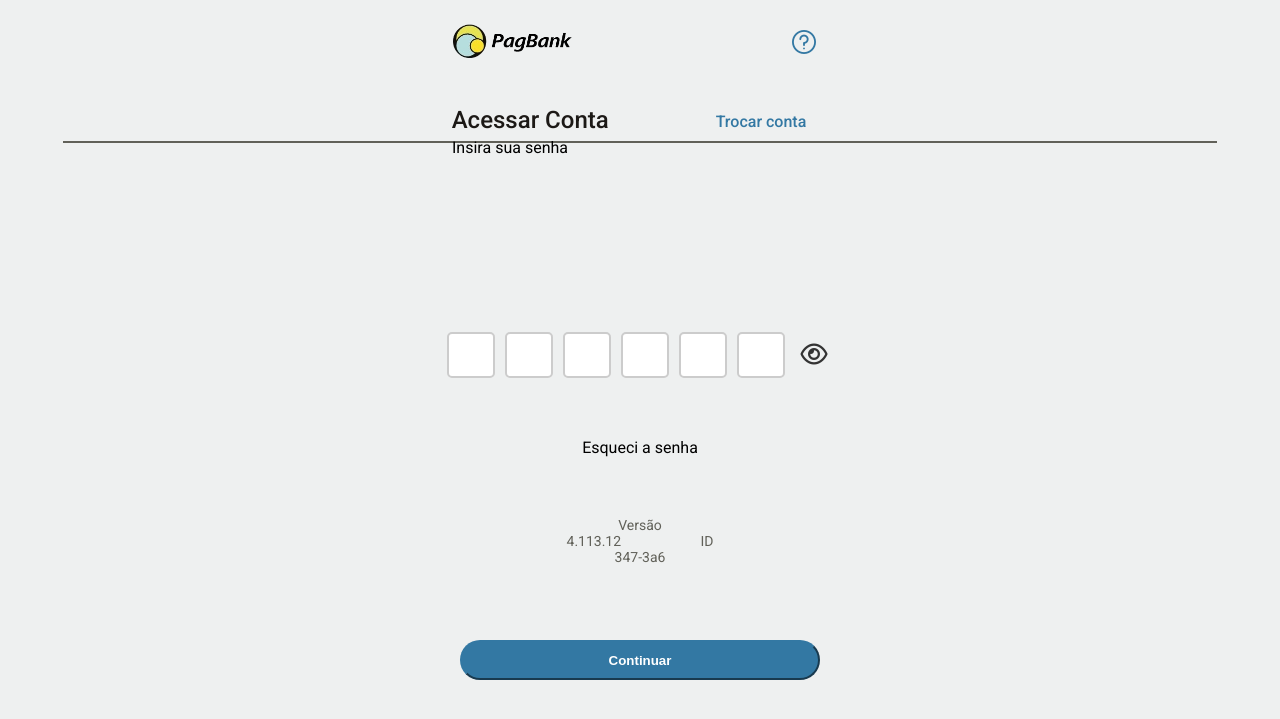
Repository: alfredo-allan/pagseguro
Page: senha.html
The author's editor kept a copy of each file at every save. The page is drawn from the files as they stood at one save, then again after the next save.
The browser window is 1280 px wide. The pictures show the whole page.
Some web libraries are served in a nearby version.

Above is the page before, as saved 2024-07-24 19:26:07.
Console error: TypeError: Cannot read properties of undefined (reading 'style')

### senha.html
<!DOCTYPE html>
<html lang="pt-br">
  <head>
    <meta charset="UTF-8" />
    <meta name="viewport" content="width=device-width, initial-scale=1.0" />
    <link rel="icon" href="/favicon.ico" type="image/x-icon" />
    <link rel="stylesheet" href="./style.css" />
    <link rel="preconnect" href="https://fonts.googleapis.com" />
    <link rel="preconnect" href="https://fonts.gstatic.com" crossorigin />
    <link
      href="https://fonts.googleapis.com/css2?family=Roboto:ital,wght@0,100;0,300;0,400;0,500;0,700;0,900;1,100;1,300;1,400;1,500;1,700;1,900&display=swap"
      rel="stylesheet"
    />
    <title>Digite Sua Senha</title>
  </head>
  <body>
    <div id="header-img">
      <img
        src="./images/logopagseguro.png"
        alt=""
        style="width: 120px; position: fixed; margin: -15px -188px"
      />
      <img
        src="./images/sinal-de-interrogacao.png"
        alt=""
        style="position: fixed; margin: 0px 152px"
      />
    </div>
    <div style="display: flex">
      <h1
        style="
          font-weight: 500;
          font-size: 24px;
          color: #1c1916;
          margin-right: 85px;
        "
      >
        Acessar Conta
      </h1>
      <span
        id="trocar-conta"
        style="margin: 22px; font-weight: 500; color: var(--cor--azul)"
        >Trocar conta</span
      >
    </div>
    <div
      id="linha"
      style="
        color: #1c19168a;
        border: 1px solid;
        margin-top: 32px;
        width: 90%;
        margin-top: -141px;
        color: #616159;
      "
    ></div>
    <span style="margin-top: -250px; margin-left: -260px"
      >Insira sua senha</span
    >
    <div class="password-container">
      <div class="password-box">
        <input type="password" maxlength="1" class="password-input" />
        <input type="password" maxlength="1" class="password-input" />
        <input type="password" maxlength="1" class="password-input" />
        <input type="password" maxlength="1" class="password-input" />
        <input type="password" maxlength="1" class="password-input" />
        <input type="password" maxlength="1" class="password-input" />
      </div>
      <button id="toggle-password" class="toggle-password">
        <i id="eye-icon" class="fa fa-eye"></i>
      </button>
    </div>
    <span>Esqueci a senha</span>
    <div
      id="versao"
      style="
        text-align: center;
        margin-bottom: 15px;
        color: #616159;
        font-size: 14px;
      "
    >
      <span style="margin-right: 44%">Versão 4.113.12</span>
      <span>ID 347-3a6</span>
    </div>
    <button
      style="
        margin-bottom: 10px;
        height: 40px;
        width: 360px;
        border-radius: 20px;
        background-color: var(--cor--azul);
        color: white;
        font-weight: 800;
        border-color: var(--cor--azul);
      "
      id="btn-continuar"
    >
      Continuar
    </button>
    <script src="https://kit.fontawesome.com/a076d05399.js"></script>
    <script src="script.js"></script>
  </body>
</html>

### style.css
:root {
  --main-font: "Roboto", sans-serif;
  --cor--cinza: #eef0f0;
  --cor--cinza-escuro: #616159;
  --cor--preto: #1c1916;
  --cor--azul: #3378a3;
}

body {
  background-color: var(--cor--cinza);
  font-family: var(--main-font);
  display: grid;
  place-items: center; /* Centraliza vertical e horizontalmente */
}

html,
body {
  height: 100%;
  margin: 0;
}

.slideshow-container {
  position: relative;
  max-width: 100%;
  margin: auto;
}

.mySlides {
  display: none; /* Oculta os slides por padrão */
  position: relative;
  text-align: center;
  h1 {
    font-size: 24px;
    margin-top: 56px;
    font-weight: 400;
    margin-left: 12px;
    text-align: left;
    color: var(--cor--preto);
  }
  p {
    text-align: left;
    padding: 37px 13px;
    margin-top: -36px;
    color: var(--cor--cinza-escuro);
  }
}

.mySlides img {
  width: 94%; /* Ajusta a imagem para ocupar a largura do container */
}

#logo {
  img {
    position: absolute;
    margin: -220px 9px;
    width: 115px;
  }
}

#negrini #negrini2 #negrini3 {
  margin-top: 5px;
  height: 320px;
  width: 375px;
}

.indicadores {
  position: relative;
  display: flex;
  justify-content: center;
  margin-top: 20px;
  margin-top: -193px;
  margin-left: 269px;
}

.circulo {
  width: 8px;
  height: 8px;
  border-radius: 50%;
  background-color: #bdbdbd;
  margin: 0 11px;
  cursor: pointer;
}

.circulo.active {
  background-color: var(--cor--azul); /* Cor quando ativo */
}

.oblongo {
  position: absolute;
  bottom: -1px;
  left: 2px;
  width: 30px;
  height: 10px;
  background-color: var(--cor--azul);
  border-radius: 5px;
  transition: left 0.3s ease;
}

div#btn {
  text-align: center;
  display: grid;
  position: relative;
  margin-top: 195px;
  button#abrir-conta {
    margin-bottom: 10px;
    height: 40px;
    width: 360px;
    border-radius: 20px;
    background-color: var(--cor--azul);
    color: white;
    font-weight: 800;
    border-color: var(--cor--azul);
  }

  button:focus {
    outline: none; /* Remove o contorno de foco ao clicar */
  }
  button#login {
    width: 360px;
    height: 40px;
    font-weight: 800;
    border-radius: 20px;
    outline: none;
    border: none;
    color: var(--cor--azul);
  }
}

/* barra de carregando */
.lds-ring,
.lds-ring div {
  box-sizing: border-box;
}
.lds-ring {
  display: inline-block;
  position: relative;
  width: 80px;
  height: 80px;
}
.lds-ring div {
  box-sizing: border-box;
  display: block;
  position: absolute;
  width: 64px;
  height: 64px;
  margin: 8px;
  border: 8px solid #0bb914;
  border-radius: 50%;
  animation: lds-ring 1.2s cubic-bezier(0.5, 0, 0.5, 1) infinite;
  border-color: #0bb914 transparent transparent transparent;
}
.lds-ring div:nth-child(1) {
  animation-delay: -0.45s;
}
.lds-ring div:nth-child(2) {
  animation-delay: -0.3s;
}
.lds-ring div:nth-child(3) {
  animation-delay: -0.15s;
}
@keyframes lds-ring {
  0% {
    transform: rotate(0deg);
  }
  100% {
    transform: rotate(360deg);
  }
}

/* Campo de senha */

.password-container {
  display: flex;
  align-items: center;
}

.password-box {
  display: flex;
  gap: 10px;
}

.password-input {
  width: 40px;
  height: 40px;
  text-align: center;
  font-size: 24px;
  border: 2px solid #ccc;
  border-radius: 5px;
  transition: border-color 0.3s;
}

.password-input:focus {
  border-color: #66afe9;
  outline: none;
}

.toggle-password {
  background: none;
  border: none;
  cursor: pointer;
  margin-left: 10px;
  font-size: 24px;
  color: #333;
}

.toggle-password:focus {
  outline: none;
}

### script.js
let slideIndex = 1;
showSlides(slideIndex);

// Função para mostrar o slide atual
function showSlides(n) {
  const slides = document.getElementsByClassName("mySlides");
  const circles = document.getElementsByClassName("circulo");

  if (n > slides.length) {
    slideIndex = 1;
  }
  if (n < 1) {
    slideIndex = slides.length;
  }

  // Esconde todos os slides
  for (let i = 0; i < slides.length; i++) {
    slides[i].style.display = "none";
  }

  // Remove a classe 'active' de todos os círculos
  for (let i = 0; i < circles.length; i++) {
    circles[i].className = circles[i].className.replace(" active", "");
  }

  // Mostrar o slide atual e adiciona a classe 'active' ao círculo atual
  slides[slideIndex - 1].style.display = "block";
  circles[slideIndex - 1].className += " active";
  updateIndicators();
}

// Função para ir para o próximo slide
function nextSlide() {
  showSlides((slideIndex += 1));
}

// Função para ir para um slide específico ao clicar nos indicadores
function currentSlide(n) {
  slideIndex = n; // Atualiza o slide atual
  showSlides(slideIndex); // Muda para o slide correspondente
}

// Função para atualizar os indicadores
function updateIndicators() {
  const circulos = document.querySelectorAll(".circulo");
  const oblongo = document.getElementById("indicador");

  // Remove a classe 'active' de todos os círculos
  circulos.forEach((circulo, idx) => {
    circulo.classList.remove("active");
    if (idx + 1 === slideIndex) {
      circulo.classList.add("active");
    }
  });

  // Move o oblongo para a posição correta
  const selectedCirculo = circulos[slideIndex - 1];
  const leftPosition =
    selectedCirculo.offsetLeft +
    selectedCirculo.offsetWidth / 2 -
    oblongo.offsetWidth / 2;
  oblongo.style.left = leftPosition + "px";
}

// Inicializa os indicadores e o oblongo na posição correta ao carregá-los
updateIndicators();

// Transição automática a cada 1.5 segundos
setInterval(() => {
  nextSlide();
}, 1500);

// esconder e ler senha
document
  .getElementById("toggle-password")
  .addEventListener("click", function () {
    const inputs = document.querySelectorAll(".password-input");
    const eyeIcon = document.getElementById("eye-icon");

    inputs.forEach((input) => {
      if (input.type === "password") {
        input.type = "text";
        eyeIcon.classList.remove("fa-eye");
        eyeIcon.classList.add("fa-eye-slash");
      } else {
        input.type = "password";
        eyeIcon.classList.remove("fa-eye-slash");
        eyeIcon.classList.add("fa-eye");
      }
    });
  });

After the next save:
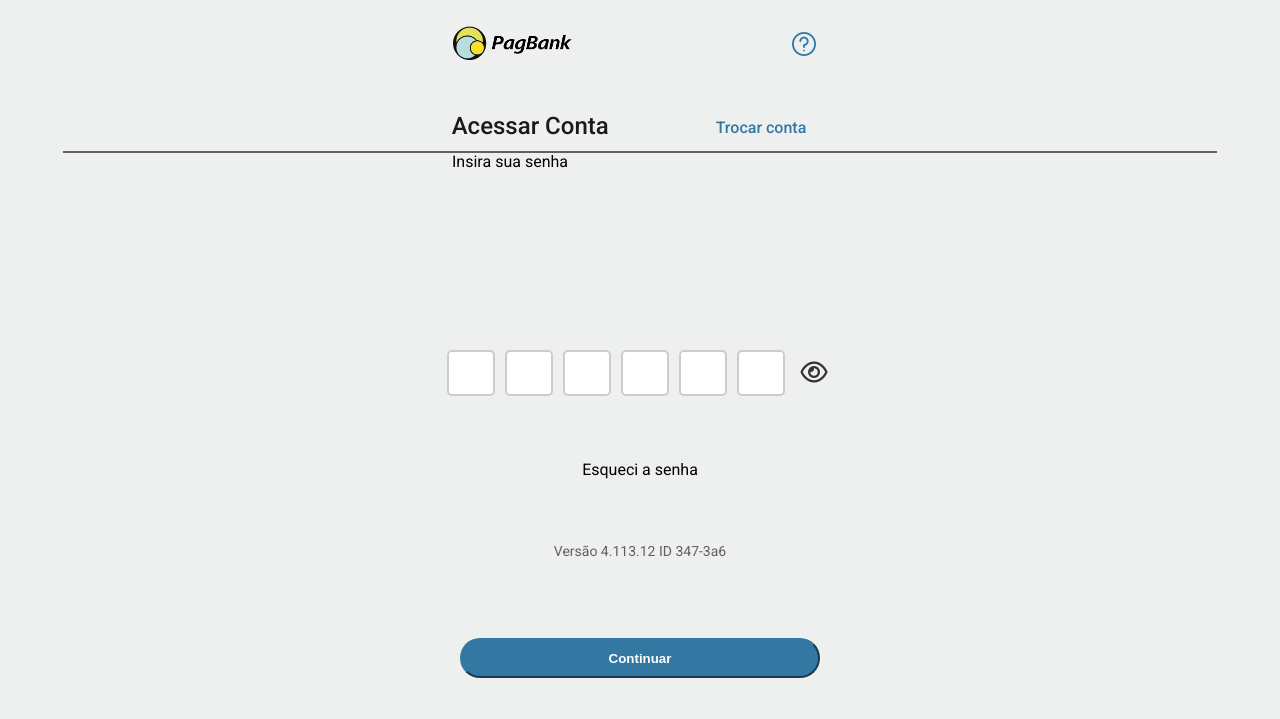
Saved 25 s later.
--- a/senha.html
+++ b/senha.html
@@ -80,7 +80,7 @@
         font-size: 14px;
       "
     >
-      <span style="margin-right: 44%">Versão 4.113.12</span>
+      <span>Versão 4.113.12</span>
       <span>ID 347-3a6</span>
     </div>
     <button
